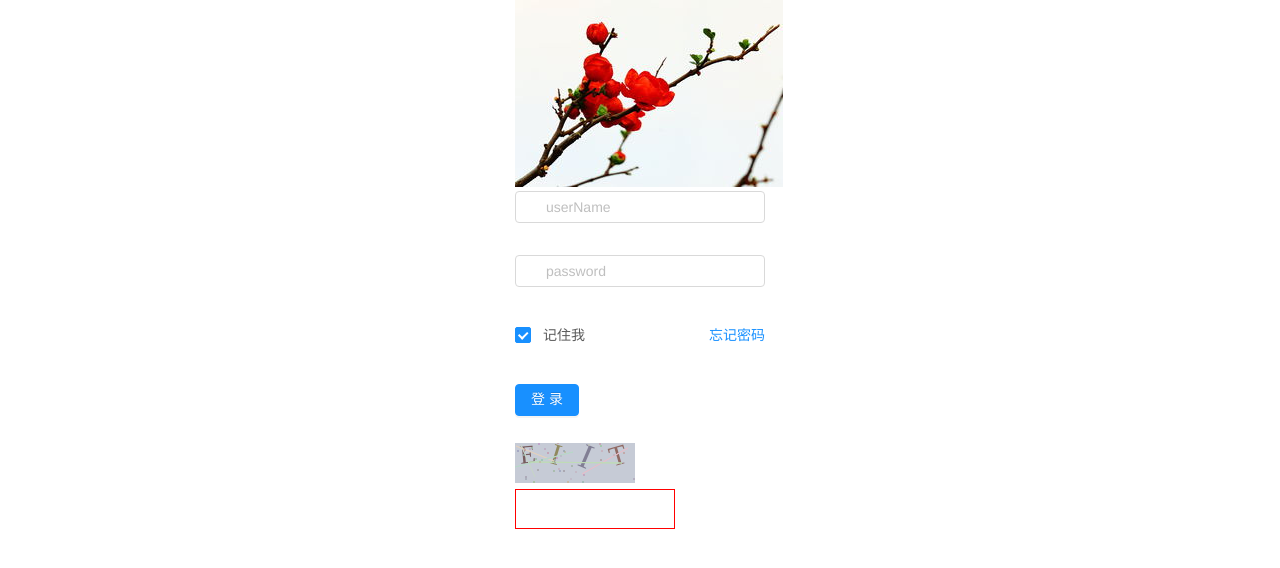
Repository: zhongdm/vue-vuex-antd
Page: /#/login
These files come from the project's save history. The page is drawn as it stood at one moment and after the next save; the edit follows.
The browser window is 1280 px wide. The pictures show the whole page.
The project was rebuilt for these pictures with package versions that can differ from the ones it lists, and the page was loaded fresh each time.

Above is the page before, as saved 2019-03-15 10:54:00.

### index.html
<!DOCTYPE html>
<html>
  <head>
    <meta charset="utf-8">
    <meta name="viewport" content="width=device-width,initial-scale=1.0">
    <title>vue-vuex-antd</title>
  </head>
  <body>
    <div id="app"></div>
    <!-- built files will be auto injected -->
  </body>
</html>

### src/main.js
// The Vue build version to load with the `import` command
// (runtime-only or standalone) has been set in webpack.base.conf with an alias.
import Vue from 'vue'
import App from './App'
import router from './router'
import TestPlugin from './plugins-custom/TestPlugin'
import Antd from 'ant-design-vue'
import 'ant-design-vue/dist/antd.css'

Vue.config.productionTip = false
Vue.use(TestPlugin)
Vue.use(Antd)

/* eslint-disable no-new */
new Vue({
  el: '#app',
  router,
  components: { App },
  template: '<App/>'
})

### src/App.vue
<template>
  <div id="app">
    <router-view/>
  </div>
</template>

<script>
export default {
  name: 'App'
}
</script>

<style>
#app {
  font-family: 'Avenir', Helvetica, Arial, sans-serif;
  -webkit-font-smoothing: antialiased;
  -moz-osx-font-smoothing: grayscale;
  /* text-align: center; */
  color: #2c3e50;
  /* margin-top: 60px; */
}
</style>

### src/router/index.js
import Vue from 'vue'
import Router from 'vue-router'

Vue.use(Router)

const router = new Router({
  routes: [
    {
      path: '/login',
      name: 'Login',
      component: () => import('@/pages/Login')
    },
    {
      path: '/',
      component: () => import('@/pages/MainLayout'),
      children: [
        {
          path: '',
          component: () => import('@/pages/home/Info')
        },
        {
          path: 'settings',
          component: () => import('@/pages/settings/Settings'),
          children: [
            {
              path: '',
              redirect: 'user'
            },
            {
              path: 'user',
              name: 'User',
              component: () => import('@/pages/settings/User')
            },
            {
              path: 'role',
              name: 'Role',
              component: () => import('@/pages/settings/Role')
            }
          ]
        }
      ]
    }
  ]
})

// router.beforeEach((to, from, next) => {
//   console.log(to.path, from)
//   next()
// })
export default router

### src/plugins-custom/TestPlugin.js
let TestPlugin = {}
TestPlugin.install = function (Vue, options) {
  Vue.istest = function () {
    console.log('plugin test success')
  }
  Vue.prototype.logining = function () {
    console.log('loging')
  }
}

export default TestPlugin

### src/pages/Login.vue
<template>
  <div class="form-container">
    <img src="@/assets/images/plum.jpg">
    <a-form>
      <a-form-item>
        <a-input
          placeholder="userName">
          <a-icon slot="prefix" type="user"></a-icon>
        </a-input>
      </a-form-item>
      <a-form-item>
        <a-input
          placeholder="password">
          <a-icon slot="prefix" type="lock"></a-icon>
        </a-input>
      </a-form-item>
      <a-form-item>
        <a-checkbox :checked="isRemember" @change="toggleRemember" class="username-remember">
          记住我
        </a-checkbox>
        <a href="" class="login-password-forgot">忘记密码</a>
      </a-form-item>
      <a-form-item>
        <a-button type="primary" @click="handleLogin">登录</a-button>
      </a-form-item>
    </a-form>
    <ImgVerify @imgCode="imgCode" ref="imgVerify"/>
    <CustomVal />
  </div>
</template>

<script>
export default {
  data () {
    return {
      isRemember: true
    }
  },
  mounted () {
  },
  methods: {
    handleLogin () {
      this.$router.push('/')
    },
    toggleRemember () {
      this.isRemember = !this.isRemember
    },
    imgCode (code) {
      console.log(code)
    },
    handleClick () {
      this.$refs.imgVerify.draw()
    }
  },
  components: {
    ImgVerify: () => import('@/components/ValidationCode'),
    CustomVal: () => import('@/components/CustomValidationCode')
  }
}
</script>

<style lang="stylus" scoped>
  .form-container
    width 250px
    margin 0 auto
    .username-remember
      float left
    .login-password-forgot
      float right
</style>

### src/components/ValidationCode.vue
<template>
  <div class="img-verify">
    <canvas
      ref="verify"
      :width="width"
      :height="height"
      @click="handleDraw"></canvas>
  </div>
</template>

<script type="text/ecmascript-6">
  export default {
    data() {
      return {
        pool: 'ABCDEFGHIJKLMNOPQRSTUVWXYZ1234567890', // 字符串
        width: 120,
        height: 40
      }
    },
    mounted() {
      this.draw()
    },
    methods: {
      // 1.随机数
      randomNum(min, max) {
        return parseInt(Math.random() * (max - min) + min)
      },
      // 2.随机颜色
      randomColor(min, max) {
        const r = this.randomNum(min, max)
        const g = this.randomNum(min, max)
        const b = this.randomNum(min, max)
        return `rgb(${r},${g},${b})`
      },
      // 点击图片重新绘制
      handleDraw() {
        this.draw()
      },
      // 绘制图片
      draw() {
        // 3.填充背景颜色，背景颜色要浅一点
        const ctx = this.$refs.verify.getContext('2d')
        // 填充颜色
        ctx.fillStyle = this.randomColor(180, 230)
        // 填充的位置
        ctx.fillRect(0, 0, this.width, this.height)
        // 定义paramText
        let imgCode = ''
        // 4.随机产生字符串，并且随机旋转
        for (let i = 0; i < 4; i++) {
          // 随机的四个字
          const text = this.pool[this.randomNum(0, this.pool.length)]
          imgCode += text
          // 随机的字体大小
          const fontSize = this.randomNum(18, 40)
          // 字体随机的旋转角度
          const deg = this.randomNum(-30, 30)
          /*
           * 绘制文字并让四个文字在不同的位置显示的思路 :
           * 1、定义字体
           * 2、定义对齐方式
           * 3、填充不同的颜色
           * 4、保存当前的状态（以防止以上的状态受影响）
           * 5、平移translate()
           * 6、旋转 rotate()
           * 7、填充文字
           * 8、restore出栈
           * */
          ctx.font = fontSize + 'px Simhei'
          ctx.textBaseline = 'top'
          ctx.fillStyle = this.randomColor(80, 150)
          /*
           * save() 方法把当前状态的一份拷贝压入到一个保存图像状态的栈中。
           * 这就允许您临时地改变图像状态，
           * 然后，通过调用 restore() 来恢复以前的值。
           * save是入栈，restore是出栈。
           * 用来保存Canvas的状态。save之后，可以调用Canvas的平移、放缩、旋转、错切、裁剪等操作。 restore：用来恢复Canvas之前保存的状态。防止save后对Canvas执行的操作对后续的绘制有影响。
           *
           * */
          ctx.save()
          ctx.translate(30 * i + 15, 15)
          ctx.rotate(deg * Math.PI / 180)
          // fillText() 方法在画布上绘制填色的文本。文本的默认颜色是黑色。
          // 请使用 font 属性来定义字体和字号，并使用 fillStyle 属性以另一种颜色/渐变来渲染文本。
          // context.fillText(text,x,y,maxWidth);
          ctx.fillText(text, -15 + 5, -15)
          ctx.restore()
        }
        // 5.随机产生5条干扰线,干扰线的颜色要浅一点
        for (let i = 0; i < 5; i++) {
          ctx.beginPath()
          ctx.moveTo(this.randomNum(0, this.width), this.randomNum(0, this.height))
          ctx.lineTo(this.randomNum(0, this.width), this.randomNum(0, this.height))
          ctx.strokeStyle = this.randomColor(180, 230)
          ctx.closePath()
          ctx.stroke()
        }
        // 6.随机产生40个干扰的小点
        for (let i = 0; i < 40; i++) {
          ctx.beginPath()
          ctx.arc(this.randomNum(0, this.width), this.randomNum(0, this.height), 1, 0, 2 * Math.PI)
          ctx.closePath()
          ctx.fillStyle = this.randomColor(150, 200)
          ctx.fill()
        }
        // 将生成的四个字传递给父组件
        this.$emit('imgCode', imgCode)
      }
    }
  }
</script>
<style type="text/css">
  .img-verify canvas {
    cursor: pointer;
  }
</style>

### src/components/CustomValidationCode.vue
<template>
  <div>
    <canvas @click="handleCanvasClick" id="canvas">

    </canvas>
  </div>
</template>

<script>
export default {
  name: 'ValidationCode',
  data () {
    return {
      baseData: 'ABCDEFGHIJKLMNOPQRSTUWVXYZ'
    }
  },
  mounted () {
    this.draw()
  },
  methods: {
    draw () {
      let canvas = document.getElementById('canvas')
      let cxt = canvas.getContext('2d')
      cxt.font = " 100px Georgia"
      // cxt.moveTo(10, 10)
      // cxt.fillStyle('red')
      cxt.fillText('123', 60,-40)
    },
    handleCanvasClick () {
      console.log('clicked')
    }
  }
}
</script>

<style lang="stylus" scoped>
#canvas {
  width 160px
  height 40px
  border 1px solid red
}
</style>

After the next save:
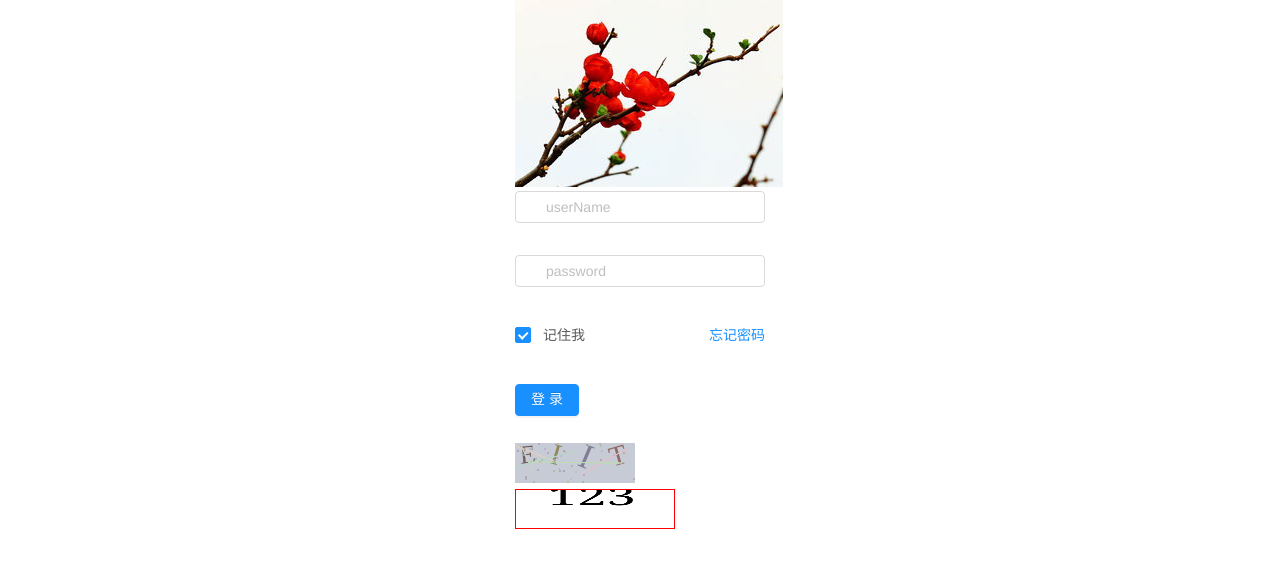
Saved 7 s later.
--- a/src/components/CustomValidationCode.vue
+++ b/src/components/CustomValidationCode.vue
@@ -24,7 +24,7 @@ export default {
       cxt.font = " 100px Georgia"
       // cxt.moveTo(10, 10)
       // cxt.fillStyle('red')
-      cxt.fillText('123', 60,-40)
+      cxt.fillText('123', 60,60)
     },
     handleCanvasClick () {
       console.log('clicked')
